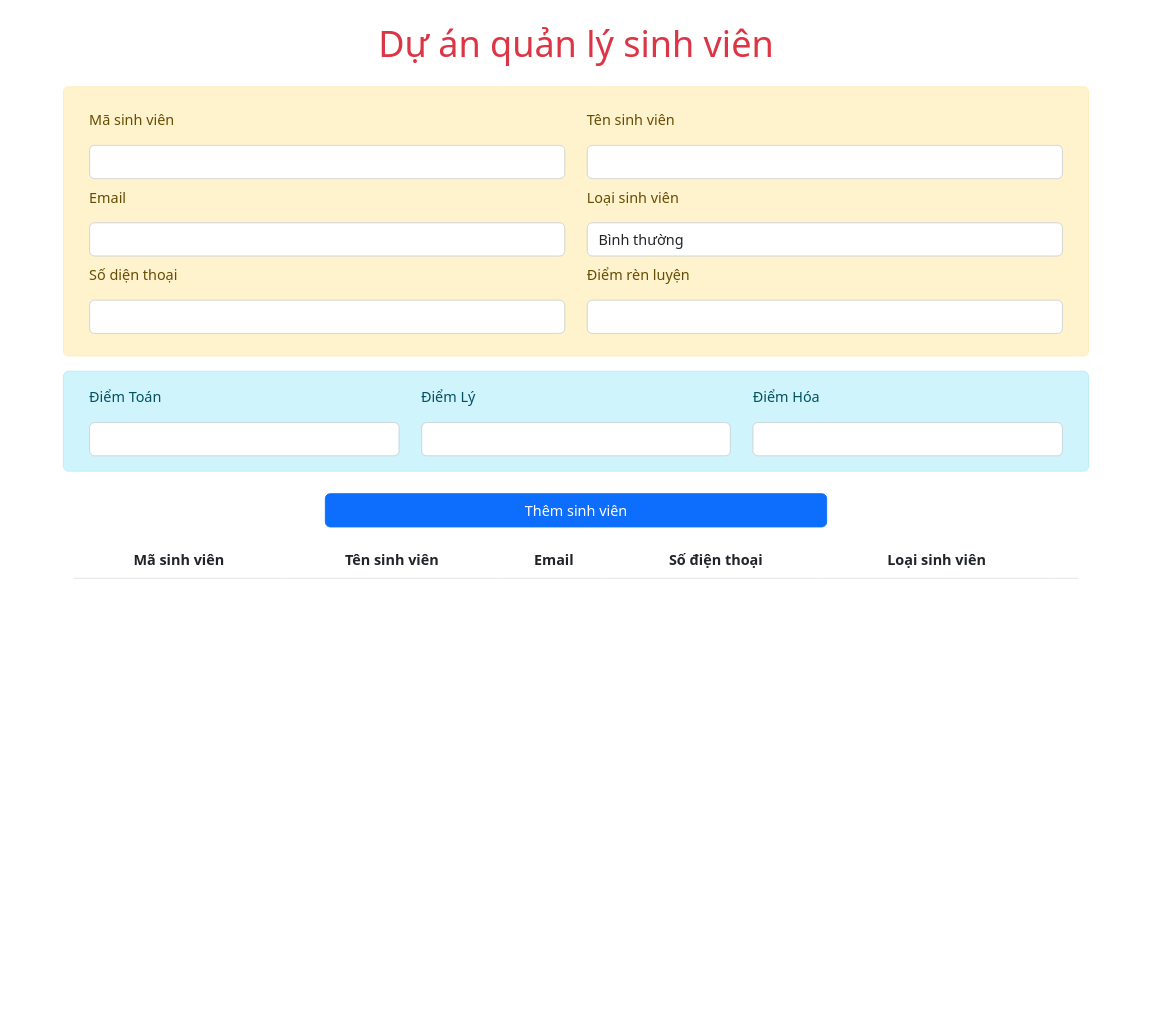
Repository: hcozyph/Cybersoft_JS_OOP
Page: index.html
The author's editor kept a copy of each file at every save. The page is drawn from the files as they stood at one save, then again after the next save.
The browser window is 1280 px wide. The pictures show the whole page, at 90% of full size.

Above is the page before, as saved 2023-03-01 19:40:25.

### index.html
<!DOCTYPE html>
<html lang="en">
    <head>
        <title>Quản lý sinh viên</title>
        <!-- Required meta tags -->
        <meta charset="utf-8" />
        <meta
            name="viewport"
            content="width=device-width, initial-scale=1, shrink-to-fit=no"
        />

        <!-- Bootstrap CSS v5.2.1 -->
        <link
            href="https://cdn.jsdelivr.net/npm/bootstrap@5.2.1/dist/css/bootstrap.min.css"
            rel="stylesheet"
            integrity="sha384-iYQeCzEYFbKjA/T2uDLTpkwGzCiq6soy8tYaI1GyVh/UjpbCx/TYkiZhlZB6+fzT"
            crossorigin="anonymous"
        />

        <!-- index.css -->
        <link rel="stylesheet" href="./assets/styles/index.css" />
    </head>

    <body>
        <div class="container" style="margin-bottom: 500px">
            <div class="title">
                <h3 class="text-center fs-1 text-danger my-4">
                    Dự án quản lý sinh viên
                </h3>
            </div>

            <div class="content">
                <div class="row alert alert-warning">
                    <div class="col-md-6 col-lg-6">
                        <div class="form-group my-2">
                            <p>Mã sinh viên</p>
                            <input class="form-control" id="maSinhVien"></input>
                        </div>

                        <div class="form-group my-2">
                            <p>Email</p>
                            <input class="form-control" id="email"></input>
                        </div>

                        <div class="form-group my-2">
                            <p>Số diện thoại</p>
                            <input class="form-control" id="soDienThoai"></input>
                        </div>
                    </div>

                    <div class="col-md-6 col-lg-6">
                        <div class="form-group my-2">
                            <p>Tên sinh viên</p>
                            <input class="form-control" id="tenSinhVien"></input>
                        </div>

                        <div class="form-group my-2">
                            <p>Loại sinh viên</p>
                            <select class="form-control" id="loaiSinhVien">
                                <option value="Bình thường">Bình thường</option>
                                <option value="Khó khăn">Khó khăn</option>
                            </select>
                        </div>

                        <div class="form-group my-2">
                            <p>Điểm rèn luyện</p>
                            <input type="number" class="form-control" id="diemRenLuyen">
                        </div>
                    </div>
                </div>

                <div class="alert alert-info row mt-2">
                    <div class="col-md-4">
                        <p>Điểm Toán</p>
                        <input type="number" id="diemToan" class="form-control" >
                    </div>
                    <div class="col-md-4">
                        <p>Điểm Lý</p>
                        <input type="number" id="diemLy" class="form-control" >
                    </div>
                    <div class="col-md-4">
                        <p>Điểm Hóa</p>
                        <input type="number" id="diemHoa" class="form-control" >
                    </div>
                </div>

                <div class="my-2 text-center">
                    <button class="btn btn-primary my-2 w-50 w-lg-25" id="btnThemSinhVien">Thêm sinh viên</button>
                </div>

                <table class="table mt-2">
                    <thead>
                        <tr style="    vertical-align: baseline; text-align: center;">
                            <th>Mã sinh viên</th>
                            <th>Tên sinh viên</th>
                            <th>Email</th>
                            <th>Số điện thoại</th>
                            <th>Loại sinh viên</th>
                            <th></th>
                        </tr>
                    </thead>

                    <tbody id="tblSinhVien">
                        <!-- <td>
                            <tr></tr>
                            <tr></tr>
                        </td> -->
                    </tbody>
                </table>

            </div>
        </div>

        <!-- Bootstrap JavaScript Libraries -->
        <script
            src="https://cdn.jsdelivr.net/npm/@popperjs/core@2.11.6/dist/umd/popper.min.js"
            integrity="sha384-oBqDVmMz9ATKxIep9tiCxS/Z9fNfEXiDAYTujMAeBAsjFuCZSmKbSSUnQlmh/jp3"
            crossorigin="anonymous"
        ></script>

        <script
            src="https://cdn.jsdelivr.net/npm/bootstrap@5.2.1/dist/js/bootstrap.min.js"
            integrity="sha384-7VPbUDkoPSGFnVtYi0QogXtr74QeVeeIs99Qfg5YCF+TidwNdjvaKZX19NZ/e6oz"
            crossorigin="anonymous"
        ></script>

        <!-- models -->
        <script src="./models/SinhVien.js"></script>

        <!-- controller js -->
        <script src="./controllers/js/index.js"></script>
    </body>
</html>

### models/SinhVien.js
///--Đặt tên file -- Chữ cái đầu tiên VIẾT HOA

//---Định nghĩa prototype SinhVien

function SinhVien() {
    //input: sv: SinhVien
    this.maSinhVien = '';
    this.email = '';
    this.soDienThoai = '';
    this.tenSinhVien = '';
    this.loaiSinhVien = '';
    this.diemRenLuyen = '';

    this.diemToan = '';
    this.diemLy = '';
    this.diemHoa = '';


}

### controllers/js/index.js
////----MÔ HÌNH MVC
/*
    M [model]       -- nơi chứa các file js là prototype (class)
    V [view]        -- nơi chứa các file giao diện (.html)
    C [controller]  -- các file điều hướng giao diện (index.html => index.js, qlsp.html => qlsp.js)

    ---------------------------------------------------

    util    -- chứa các file dùng chung cho dự án (ví dụ: các method sử dụng ở các dự án trước, hoặc libs [thư viện js] )
    assets  -- là folder chứa tài nguyên của hệ thống (img, audio, viddeo, css, font,...)

*/

function getEle(n) {
    return document.getElementById(n);
}

function querySelector(n) {
    return document.querySelector(n);
}
////////////////////

var mangSinhVien = [];

getEle('btnThemSinhVien').onclick = function () {
    //input: sinhVien: SinhVien
    var sv = new SinhVien();
    console.log(sv);

    sv.maSinhVien = querySelector('#maSinhVien').value;
    sv.tenSinhVien = querySelector('#tenSinhVien').value;
    sv.email = querySelector('#email').value;
    sv.soDienThoai = querySelector('#soDienThoai').value;

    sv.loaiSinhVien = querySelector('#loaiSinhVien').value;
    sv.diemRenLuyen = querySelector('#diemRenLuyen').value;

    sv.diemToan = querySelector('#diemToan').value;
    sv.diemLy = querySelector('#diemLy').value;
    sv.diemHoa = querySelector('#diemHoa').value;

    //output:
    //Mỗi lần click thêm sinh viên => thêm vào mảng 1 object
    mangSinhVien.push(sv);
    console.log('mảng sinh viên', mangSinhVien);

    //Từ mảng tạo ra giao diện
    renderTableSinhVien(mangSinhVien);

    //Lưu mảng sinh viên vào store
    luuLocalStorage();

}

///////////---LOCAL STORAGE---///////////


/*
Dùng để lưu trữ dữ liệu tại máy tính người Dùng
Khi tắt máy hoặc browser vẫn codn lưu

sessionStorage : dùng để lưu dữ liệu tại máy tính người dùng (client) tuy nhiên khi tắt tất cả tab của web đó thì tự xóa
*/



//JSON

///----- Viết 1 hàm lưu trữ dữ liệu vào local storage
function luuLocalStorage() {
    //Lưu mảng sinh viên vào localstorage

    //--STEP 1-- Biến đổi mangSinhVien thành String
    var stringMangSinhVien = JSON.stringify(mangSinhVien);

    //--STEP 2 -- Lưu vào storage
    localStorage.setItem('mangSinhVien', stringMangSinhVien);

}

///-- Lấy store
function layStore() {

    if (localStorage.getItem('mangSinhVien')) {
        var stringMangSinhVien = localStorage.getItem('mangSinhVien');
        console.log(stringMangSinhVien);

        //Chuyển dữ liệu string về dạng object
        mangSinhVien = JSON.parse(stringMangSinhVien);

        console.log(mangSinhVien);

        //Gọi hàm tạo giao diện từ mảng -- LƯU CACHE
        renderTableSinhVien(mangSinhVien);
    }
}

layStore();

















/////////---------CÁCH 2 : LẬP TRÌNH HƯỚNG ĐỐI TƯỢNG----------//////
function renderTableSinhVien(arrSinhVien) {
    //input là mangSinhVien = [{maSinhVien:1,tenSinhViwn:'A'},{maSinhVien:2,tenSinhViwn:'B'},]
    var htmlString = '';

    for (var index = 0; index < arrSinhVien.length; index++) {
        var sv = arrSinhVien[index];
        htmlString += `
            <tr class=text-center>
                <td>${sv.maSinhVien}</td>
                <td>${sv.tenSinhVien}</td>
                <td>${sv.email}</td>
                <td>${sv.soDienThoai}</td>
                <td>${sv.loaiSinhVien}</td>
                <td>
                <button class="btn btn-danger" onclick="xoaSinhVien('${index}')">Xóa</button>
                <button class="btn btn-danger" onclick="xoaSinhVienTheoMa('${sv.maSinhVien}')">Xóa theo mã</button>
                <button class="btn btn-info mx-2">Chỉnh sửa</button>
                </td>
            </tr>
        `
    }

    document.querySelector('tbody').innerHTML = htmlString;
    return htmlString; ///'<tr>....</tr>'
}

//mangSinhVien.splice(index,1)
function xoaSinhVien(index) {
    // alert(indexDel,1);
    ///Xử lý xóa object sinh viên trên mảng dauwj vào index
    mangSinhVien.splice(index, 1);
    //Gọi hàm tạo lại table sinh viên
    renderTableSinhVien(mangSinhVien);
}

///NÊN dùng xóa theo mã để tránh trường hợp tách trang bị conflict
function xoaSinhVienTheoMa(maSVClick) {
    // alert(maSVClick);
    var indeDel = -1;
    for (var index = 0; index < mangSinhVien.length; index++) {
        if (mangSinhVien[index].maSinhVien === maSVClick) {
            indeDel = index;
            break;
        }
    }

    //Xóa đi sinh viên tại vị trí đó trong mảng
    mangSinhVien.splice(indeDel, 1);

    //Tạo lại bảng table Sinh Viên
    renderTableSinhVien(mangSinhVien);
}
//////--END-------CÁCH 2 : LẬP TRÌNH HƯỚNG ĐỐI TƯỢNG---///////




/*
    /////////---------CÁCH 2 : LẬP TRÌNH HƯỚNG ĐỐI TƯỢNG----------/////
var htmlString = `
    <tr>
        <td>${sv.maSinhVien}</td>
        <td>${sv.tenSinhVien}</td>
        <td>${sv.email}</td>
        <td>${sv.soDienThoai}</td>
        <td>${sv.loaiSinhVien}</td>
        <td>
            <button class="btn btn-danger">Xóa</button>
        </td>
    </tr>
`;

querySelector('tbody').innerHTML += htmlString;
*/



/////////---------CÁCH 1 : LẬP TRÌNH HƯỚNG GIAO DIỆN----------/////
// //--Step 1: tạo thẻ tr
// var tr = document.createElement('tr');

// //--Step 2: tạo ra các thẻ td từ sv (thông tin sinh viên)
// var tdMaSv = document.createElement('td');
// tdMaSv.innerHTML = sv.maSinhVien;
// var tdTenSinhVien = document.createElement('td');
// tdTenSinhVien.innerHTML = sv.tenSinhVien;
// var tdEmail = document.createElement('td');
// tdEmail.innerHTML = sv.email;


// var tdLoaiSinhVien = document.createElement('td');
// tdLoaiSinhVien.innerHTML = sv.loaiSinhVien;
// var tdSoDienThoai = document.createElement('td');
// tdSoDienThoai.innerHTML = sv.soDienThoai;
// var tdDiemRenLuyen = document.createElement('td');
// tdDiemRenLuyen.innerHTML = sv.diemRenLuyen;


// var tdDiemToan = document.createElement('td');
// tdDiemToan.innerHTML = sv.diemToan;
// var tdDiemLy = document.createElement('td');
// tdDiemLy.innerHTML = sv.diemLy;
// var tdDiemHoa = document.createElement('td');
// tdDiemHoa.innerHTML = sv.diemHoa;

// /////------btnXoa
// var btnXoa = document.createElement('button');
// btnXoa.className = 'btn btn-danger';
// btnXoa.innerHTML = 'Xóa';
// btnXoa.onclick = function () {
//     //Xóa đi thẻ tr chứa nút này
//     //parentElement: node(thẻ) cha của thẻ đó

//     //----remove(): xóa thẻ
//     // btnXoa.parentElement.parentElement.remove();----

//     //closest(selector): truy xuất đến selector gần nhất
//     btnXoa.closest('tr').remove();
// }

// var tdChucNang = document.createElement('td');
// tdChucNang.appendChild(btnXoa);
// /////End------btnXoa


// //----ĐƯA CÁC THẺ TD VÀO TR
// tr.appendChild(tdMaSv);
// tr.appendChild(tdTenSinhVien);
// tr.appendChild(tdEmail);

// tr.appendChild(tdSoDienThoai);
// tr.appendChild(tdLoaiSinhVien);
// // tr.appendChild(tdDiemRenLuyen);

// // tr.appendChild(tdDiemToan);
// // tr.appendChild(tdDiemLy);
// // tr.appendChild(tdDiemHoa);

// tr.appendChild(tdChucNang);

// //Đưa thẻ tr lên giao diện
// querySelector('tbody').appendChild(tr);

Loaded but not shown: assets/styles/index.css (no stored copy; drawn as an empty file)

After the next save:
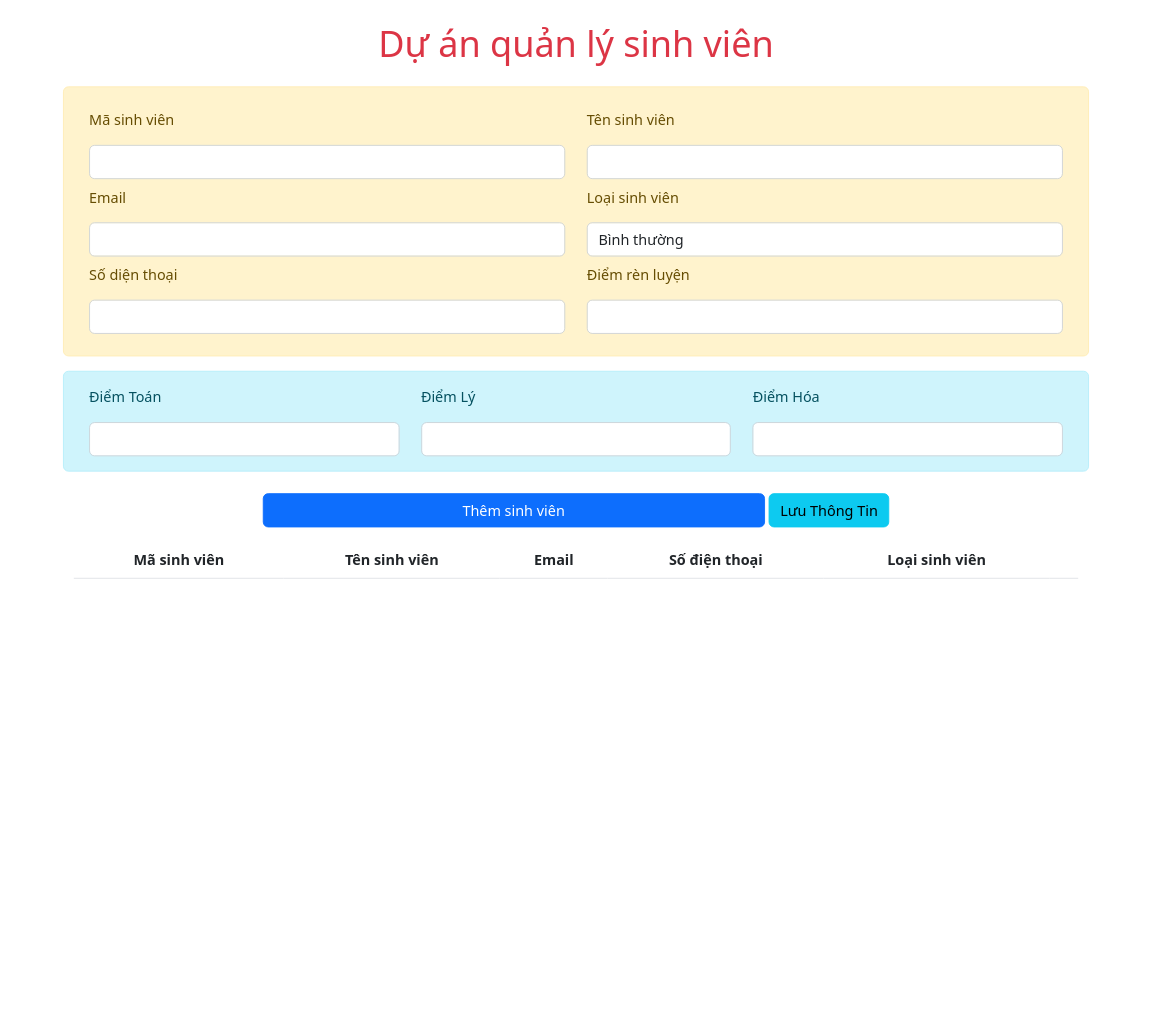
Saved 2 min 17 s later.
--- a/index.html
+++ b/index.html
@@ -86,6 +86,7 @@
 
                 <div class="my-2 text-center">
                     <button class="btn btn-primary my-2 w-50 w-lg-25" id="btnThemSinhVien">Thêm sinh viên</button>
+                    <button class="btn btn-info " id="btnLuuThongTin">Lưu Thông Tin</button>
                 </div>
 
                 <table class="table mt-2">
